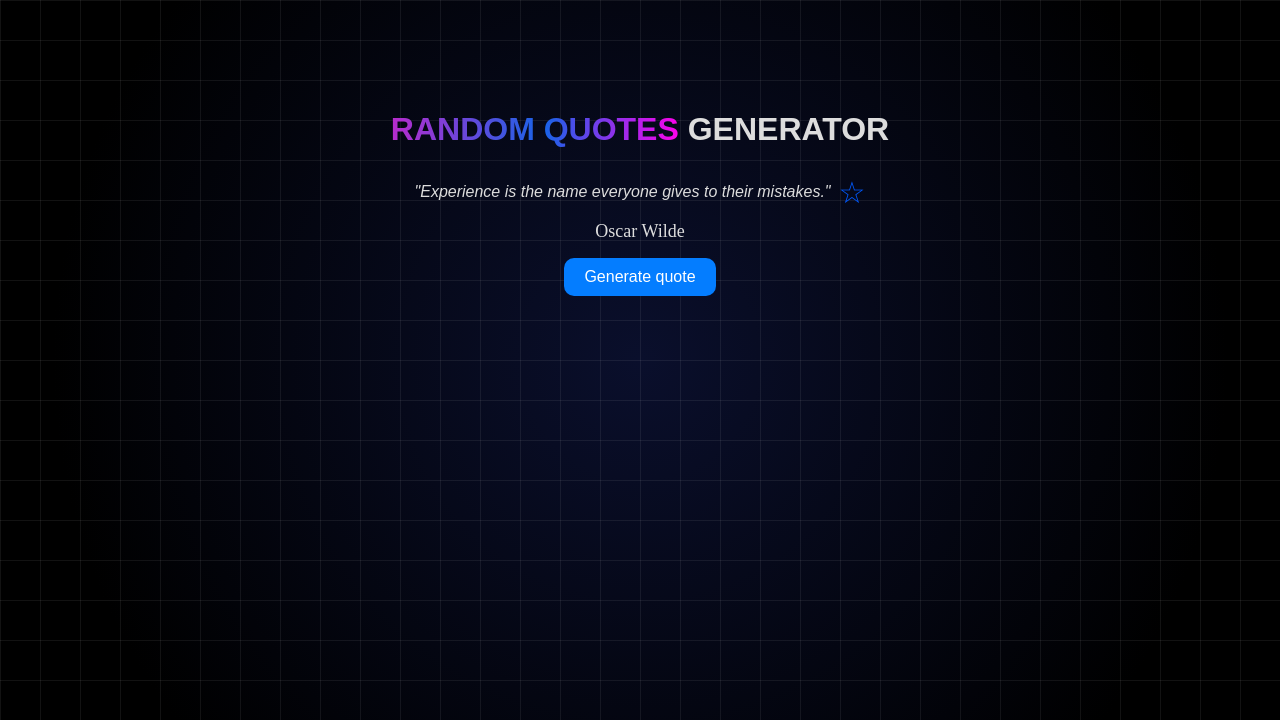
Repository: Adel-la/random-quotes
Page: index.html
An editor plug-in stored every save of this project. The page is shown before and after the next save, followed by the edit.
The browser window is 1280 px wide. The pictures show the whole page.

Above is the page before, as saved 2025-06-25 22:36:51.

### index.html
<!DOCTYPE html>
<html lang="ru">
<head>
  <meta charset="UTF-8" />
  <title>Random Quotes</title>
  <link rel="stylesheet" href="styles.css" />
</head>
<body>
  <main class="main">
    <h1 class="h1-title"> <span class="special-text">RANDOM QUOTES</span> GENERATOR</h1>
    <div class="quote-container">
      <p id="quote" class="quote"></p>
      <button id="favorite" class="favorite">☆</button>
    </div>
    <p id="author" class="quote-author"></p>
    <button id="generate" class="btn">Generate quote</button>

    <div id="favorites-container" class="container"></div>
  </mainс>
  <script type="module" src="main.js"></script>
</body>
</html>

### styles.css
html{
  height: 100%;
}
body {
  font-family: Arial, sans-serif;
  color: aliceblue;
  box-sizing: border-box;
  margin: 0;
  padding: 20px;
}

.container{
  max-width: 600px;
  margin: 50px auto;
  text-align: center;
}

.btn{
  padding: 10px 20px;
  font-size: 16px;
  background-color: #047dff;
  color: #fff;
  border: none;
  cursor: pointer;
  border-radius: 10px;
  margin-top: 10px;
  transition: background-color 0.3s ease;
}

.btn:hover{
  background-color: #004691;
  transform: scale(1.1);
  transition: 0.2s;
}

.paragraph{
  background-color: #111111;
  border-radius: 5px;
  width: fit-content;
  padding: 5px;
  text-align: center;
  margin: 2px auto;
}

#quote::before,
#quote::after{
  content: '"';
}

.quote-container {
  display: inline-flex;
  align-items: center;
  justify-content: center;
  margin: 0 auto;
  border-radius: 5px;
  padding: 5px 10px;
}

/* Убираем фон из quote, чтобы весь блок (цитата + звезда) имел один фон */
.quote {
  margin: 0;
  padding: 0;
  font-style: italic;
  display: inline;
}

/* Звездочка вплотную к цитате */
.favorite {
  color: rgb(0, 89, 255);
  background-color: transparent;
  font-size: 30px;
  border: none;
  margin-left: 8px;
  cursor: pointer;
  padding: 0;
}

.favorite-card {
  border: 1px solid #333;
  border-left: 5px solid #047dff;
  padding: 12px 16px;
  margin: 12px auto;
  border-radius: 12px;
  box-shadow: 0 2px 10px rgba(4, 125, 255, 0.1);
  max-width: 550px;
  transition: transform 0.2s ease, box-shadow 0.2s ease;
  position: relative;
  width: 40%;
  text-align: start;
}

.favorite-card:hover {
  transform: scale(1.02);
  box-shadow: 0 4px 15px rgba(4, 125, 255, 0.25);
}

.favorite-card .favorite-quote {
  font-style: italic;
  font-size: 16px;
  color: #ffffff;
  margin-bottom: 8px;
}

.favorite-card .quote-author {
  font-size: 14px;
  color: #bbbbbb;
  text-align: right;
}

.delete-btn {
  position: absolute;
  top: 0;
  right: 0;
  border: none;
  border-radius: 5px;
  color: white;
  background-color: transparent;
  cursor: pointer;
}

.delete-btn:hover {
  font-size: 15px;
  transition: 0.5s;
}

.favorite-container {
  display: flex;
  flex-wrap: wrap;
  justify-content: center;
  gap: 10px;
}
.quote-author{
  margin: 1px auto;
  width: fit-content;
  font-size: large;
  padding: 5px 15px;
  border-radius: 5px;
  font-family:'Times New Roman', Times, serif;
}

.main{
  text-align: center;
  position: relative;

  border-radius: 12px;
  padding: 20px;
  margin: 50px auto;
  max-width: 600px;
  z-index: 1;
}

body {
  background: radial-gradient(circle at center, #0a0f2c 0%, #000000 80%);
  position: relative;
  overflow: hidden;
  color: #ddd;
}

/* Тонкая светлая сетка */
body::before {
  content: "";
  position: fixed;
  top: 0; left: 0; right: 0; bottom: 0;
  background-image:
    linear-gradient(rgba(255,255,255,0.07) 1px, transparent 1px),
    linear-gradient(90deg, rgba(255,255,255,0.07) 1px, transparent 1px);
  background-size: 40px 40px;
  pointer-events: none;
  z-index: 0;
}


.special-text{
   font-weight: bold;
  font-size: 32px;
  background: linear-gradient(90deg, rgba(183, 43, 204, 1) 0%, rgba(23, 100, 232, 1) 53%, rgb(252, 2, 235) 100%);
  -webkit-background-clip: text;
  -webkit-text-fill-color: transparent;
}

### main.js
import quotes from './src/data/quotes.js';
import { generateAndDisplayQuote } from './src/handlers/quote.js';
import {
  generateBtn,
} from './src/ui/dom.js';




// Показать первую цитату сразу при загрузке страницы
generateAndDisplayQuote(quotes);

// Кнопка "Сгенерировать цитату"
generateBtn.addEventListener('click', () => {
  generateAndDisplayQuote(quotes);
});

### src/data/quotes.js
// Quotes array with English programming quotes and initial favorite = false
import { setQuoteId } from "../handlers/utils.js";
const quotes = [
  {
    text: "Code is like humor. When you have to explain it, it’s bad.",
    author: "Cory House",
    isFavorite: false,
  },
  {
    text: "First, solve the problem. Then, write the code.",
    author: "John Johnson",
    isFavorite: false,
  },
  {
    text: "Experience is the name everyone gives to their mistakes.",
    author: "Oscar Wilde",
    isFavorite: false,
  },
  {
    text: "In order to be irreplaceable, one must always be different.",
    author: "Coco Chanel",
    isFavorite: false,
  },
  {
    text: "Java is to JavaScript what car is to Carpet.",
    author: "Chris Heilmann",
    isFavorite: false,
  },
  {
    text: "Simplicity is the soul of efficiency.",
    author: "Austin Freeman",
    isFavorite: false,
  },
  {
    text: "Code never lies, comments sometimes do.",
    author: "Ron Jeffries",
    isFavorite: false,
  },
  {
    text: "Programming isn’t about what you know; it’s about what you can figure out.",
    author: "Chris Pine",
    isFavorite: false,
  },
  {
    text: "Make it work, make it right, make it fast.",
    author: "Kent Beck",
    isFavorite: false,
  },
  {
    text: "Any fool can write code that a computer can understand. Good programmers write code that humans can understand.",
    author: "Martin Fowler",
    isFavorite: false,
  }
];

setQuoteId(quotes)
export default quotes;

### src/handlers/quote.js
import { chooseRandomQuote } from './utils.js';
import { setRandomQuote } from '../core/state.js';
import { showQuote } from '../ui/index.js';
import { quoteElement, authorElement, favoriteBtn } from '../ui/dom.js';

// Функция генерации и отображения случайной цитаты
export function generateAndDisplayQuote(quotes) {
  const quote = chooseRandomQuote(quotes);
  setRandomQuote(quote);
  showQuote(quote, quoteElement, authorElement, favoriteBtn);
}

### src/ui/dom.js
export const quoteElement = document.getElementById('quote');
export const authorElement = document.getElementById('author');
export const generateBtn = document.getElementById('generate');
export const favoriteBtn = document.getElementById('favorite');
export const favoritesContainer = document.getElementById('favorites-container');

### src/handlers/utils.js
// Генерация уникального 8-символьного hex ID (буквы и цифры)
 function generateHexId() {
  return Math.floor(Math.random() * 0xffffffff)
    .toString(16)
    .padStart(8, '0');
}

export function setQuoteId(quotes) {
  quotes.forEach(quote => {
    if (!quote.id) {
      quote.id = generateHexId();
    }
  });
}

// Функция выбора случайной цитаты из массива
export function chooseRandomQuote(quotes) {
  const index = Math.floor(Math.random() * quotes.length);
  return quotes[index];
}

### src/core/state.js
import { chooseRandomQuote } from '../handlers/utils.js';
import quotes from '../data/quotes.js';

let currentQuote = null;

// Функция для получения текущей цитаты
export function getRandomQuote() {
  if (!currentQuote) {
    currentQuote = chooseRandomQuote(quotes);
  }
  return currentQuote;
}

// Устанавливаем текущую цитату
export function setRandomQuote(quote) {
  currentQuote = quote;
}

### src/ui/index.js
import { updateFavoriteButton } from '../handlers/favorites.js';

// Функция для отображения цитаты и автора на странице
export function showQuote(quote, quoteElement, authorElement, favoriteBtn) {
  if (!quote) return;

  const { text, author, isFavorite } = quote;

  quoteElement.textContent = text;
  authorElement.textContent = author ? ` ${author}` : ' Unknown';

  updateFavoriteButton(isFavorite, favoriteBtn);
}

### src/handlers/favorites.js
import { favoritesContainer, favoriteBtn } from '../ui/dom.js';
import quotes from '../data/quotes.js';
import { getRandomQuote } from '../core/state.js';
import { setQuoteId } from './utils.js';


// Создаём карточку избранной цитаты и добавляем в контейнер
export function addFavoriteCard(quoteObj, container) {
  const card = document.createElement('div');
  card.id = quoteObj.id;
  card.classList.add('favorite-card');

  card.innerHTML = `
      <button class="delete-btn">🗑</button>
      <p class="favorite-quote">${quoteObj.text}</p>
      <span class="quote-author">– ${quoteObj.author}</span>
    `;

  container.appendChild(card);
}

// Удаляем карточку цитаты из избранного
export function removeCardOfFavorite(container, quote) {
  const cards = container.querySelectorAll('.favorite-card');
  cards.forEach((card) => {
    if (card.id === quote.id) {
      card.remove();
    }
  });
}

// Обновляем кнопку избранного (звёздочку)
export function updateFavoriteButton(isFavorite, button) {
  button.textContent = isFavorite ? '★' : '☆';
}

// Обработчик клика по кнопке удаления на карточке
export function handleDeleteClick(event, container, quotes, favoriteButton) {
  if (!event.target.classList.contains('delete-btn')) return;

  const card = event.target.closest('.favorite-card');
  if (!card) return;

  const quoteObj = quotes.find((q) => q.id === card.id);
  if (!quoteObj) return;

  console.log(quoteObj.id, card.id)
  if (card.id === getRandomQuote().id) {
    updateFavoriteButton(false, favoriteButton);
  }
  quoteObj.isFavorite = false;

  card.remove();
}

// Переключение состояния избранного цитаты
export function toggleFavorite(quote, container, button) {
  quote.isFavorite = !quote.isFavorite;
  updateFavoriteButton(quote.isFavorite, button);

  if (quote.isFavorite) {
    addFavoriteCard(quote, container);
  } else {
    removeCardOfFavorite(container, quote);
  }
}

// Настройка обработчиков избранного (звёздочка и удаление карточек)
export function setupFavoriteHandlers(favoritesContainer, favoriteBtn, quotes) {
  favoriteBtn.addEventListener('click', () => {
    const quote = getRandomQuote();
    if (!quote) return;
    toggleFavorite(quote, favoritesContainer, favoriteBtn);
  });

  favoritesContainer.addEventListener('click', (event) => {
    handleDeleteClick(event, favoritesContainer, quotes, favoriteBtn);
  });
}

// Инициализация обработчиков
setupFavoriteHandlers(favoritesContainer, favoriteBtn, quotes);

After the next save:
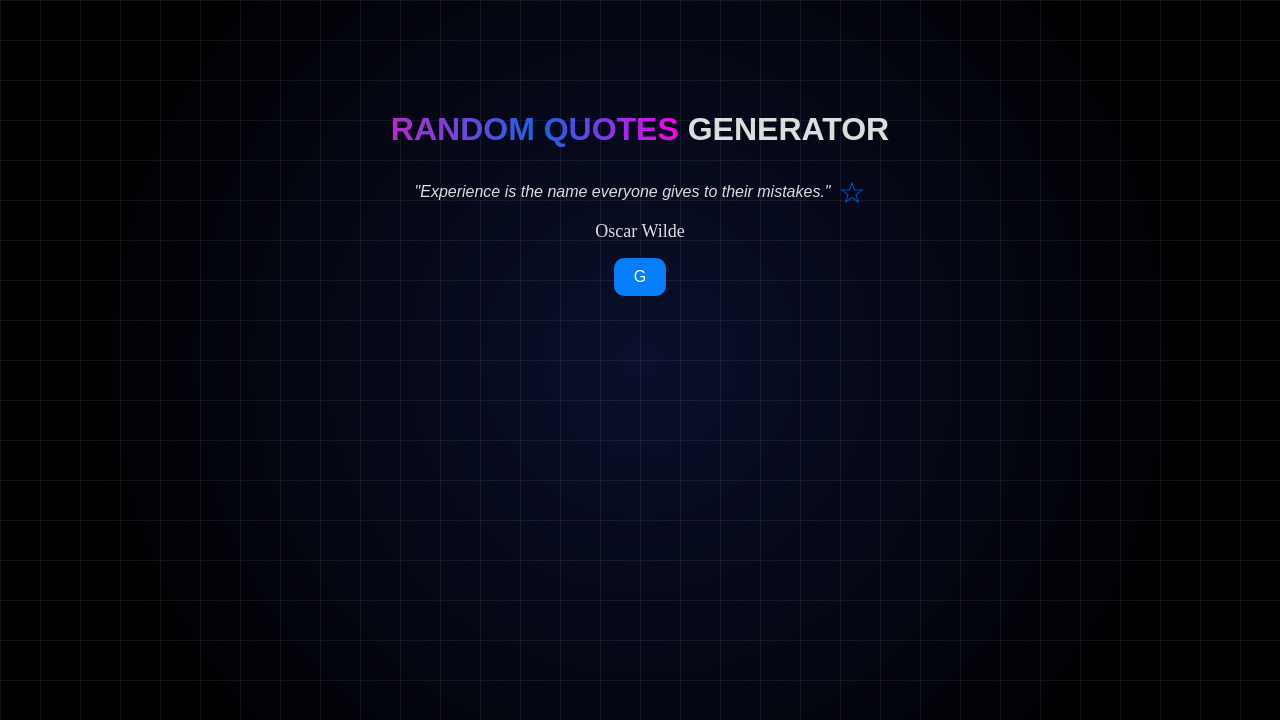
Saved 22 s later.
--- a/index.html
+++ b/index.html
@@ -13,7 +13,7 @@
       <button id="favorite" class="favorite">☆</button>
     </div>
     <p id="author" class="quote-author"></p>
-    <button id="generate" class="btn">Generate quote</button>
+    <button id="generate" class="btn">G</button>
 
     <div id="favorites-container" class="container"></div>
   </mainс>
